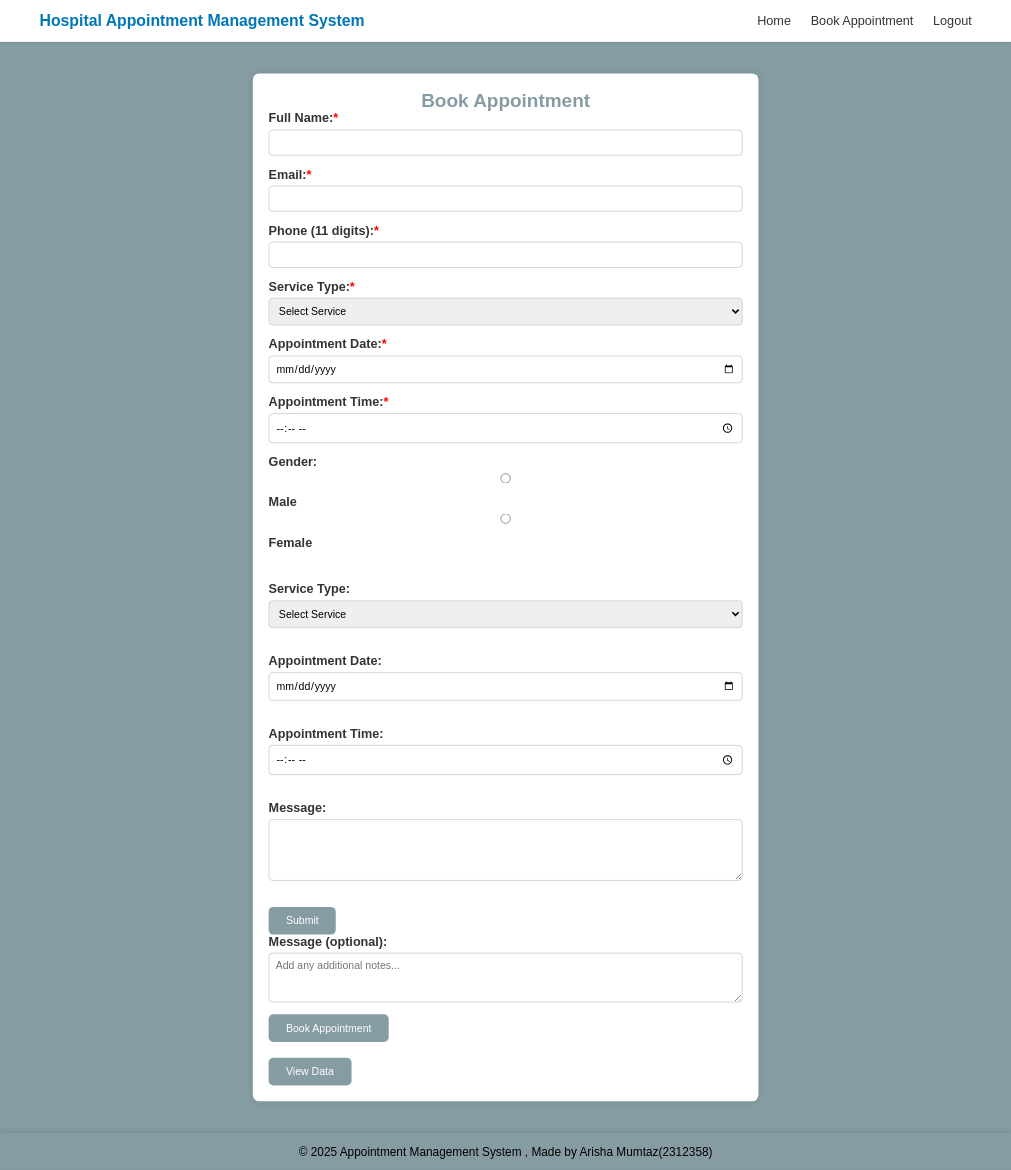
Repository: Arisha004/Hospital-appointment-management-system-
Page: http://localhost/
The author's editor kept a copy of each file at every save. The page is drawn from the files as they stood at one save, then again after the next save.
The browser window is 1280 px wide. The pictures show the whole page, at 79% of full size.
The page is run by PHP 8.4 with error messages shown; the project is at /var/www/html/.

Above is the page before, as saved 2025-11-16 14:40:16.

After the next save:
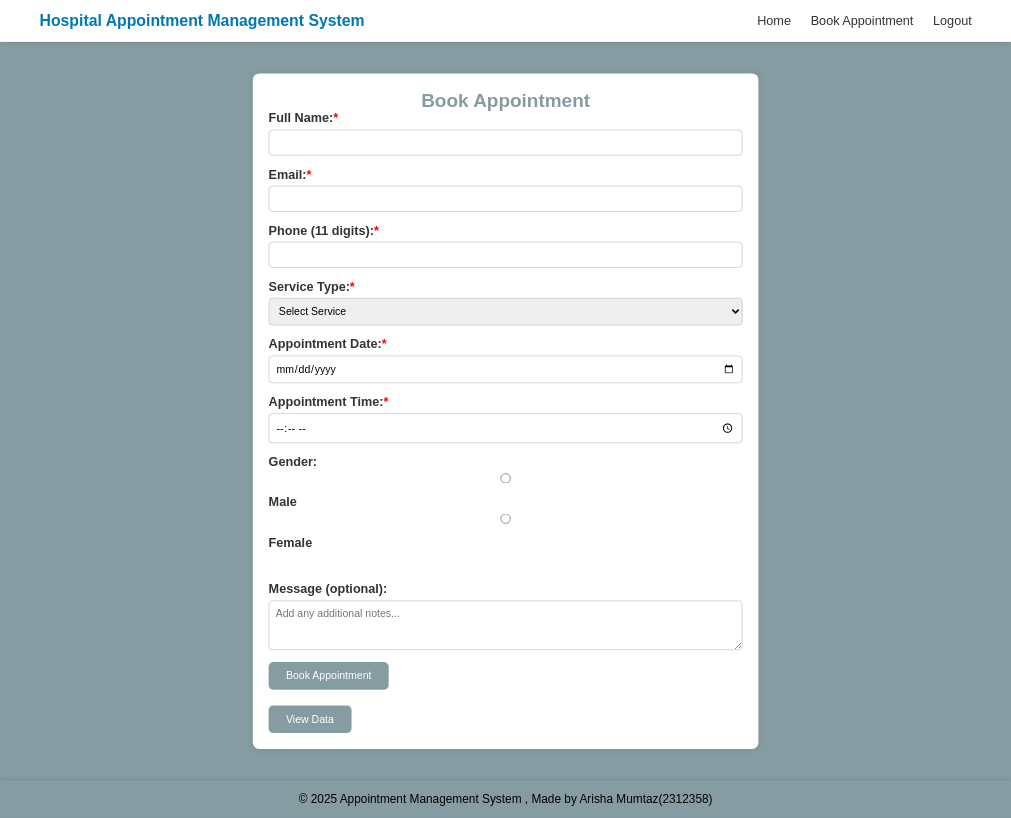
Saved 6 s later.
--- a/index.php
+++ b/index.php
@@ -55,26 +55,7 @@
       <input type="radio" id="male" name="gender" value="Male"> <label for="male">Male</label>
       <input type="radio" id="female" name="gender" value="Female"> <label for="female">Female</label>
       <br><br>
-      <label for="service_type">Service Type:</label>
-      <select id="service_type" name="service_type" required>
-        <option value="">Select Service</option>
-        <option value="Haircut">Haircut</option>
-        <option value="Facial">Facial</option>
-        <option value="Massage">Massage</option>
-      </select>
-      <br><br>
-      <label for="appointment_date">Appointment Date:</label>
-      <input type="date" id="appointment_date" name="appointment_date" required>
-      <br><br>
-      <label for="appointment_time">Appointment Time:</label>
-      <input type="time" id="appointment_time" name="appointment_time" required>
-      <br><br>
-      <label for="message">Message:</label>
-      <textarea id="message" name="message" rows="4" cols="40"></textarea>
-      <br><br>
-      <button type="submit">Submit</button>
-    </form>
-    <!-- <label>Gender:<span>*</span></label>
+      <!-- <label>Gender:<span>*</span></label>
     <select name="gender" required>
       <option value=""> Select Gender </option>
       <option value="Male">Male</option>
